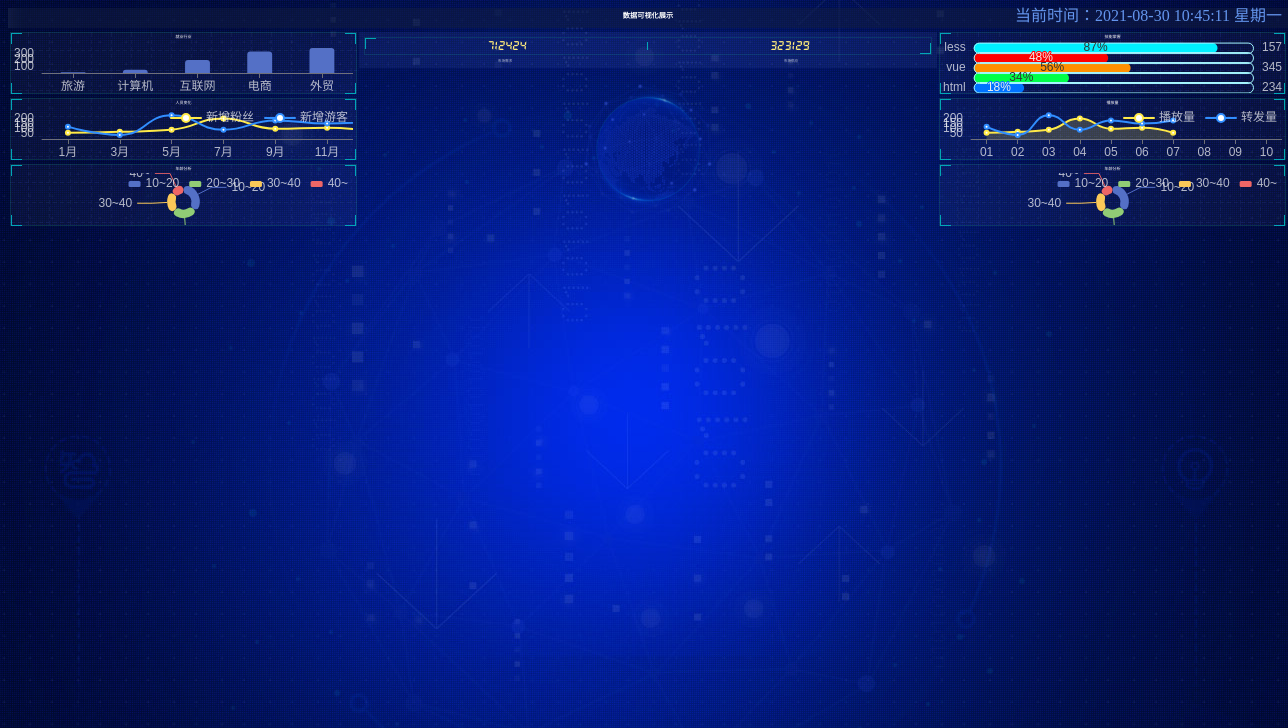
Repository: jiang-1990/DataVM
Page: /
An editor plug-in stored every save of this project. The page is shown before and after the next save, followed by the edit.
The browser window is 1280 px wide. The page is 1288 px wide, so the pictures cover 1288 px, including what lies to the right of the window. The pictures show the whole page.
The project was rebuilt for these pictures with package versions that can differ from the ones it lists, and the page was loaded fresh each time.

Above is the page before, as saved 2021-08-30 11:02:24.

After the next save:
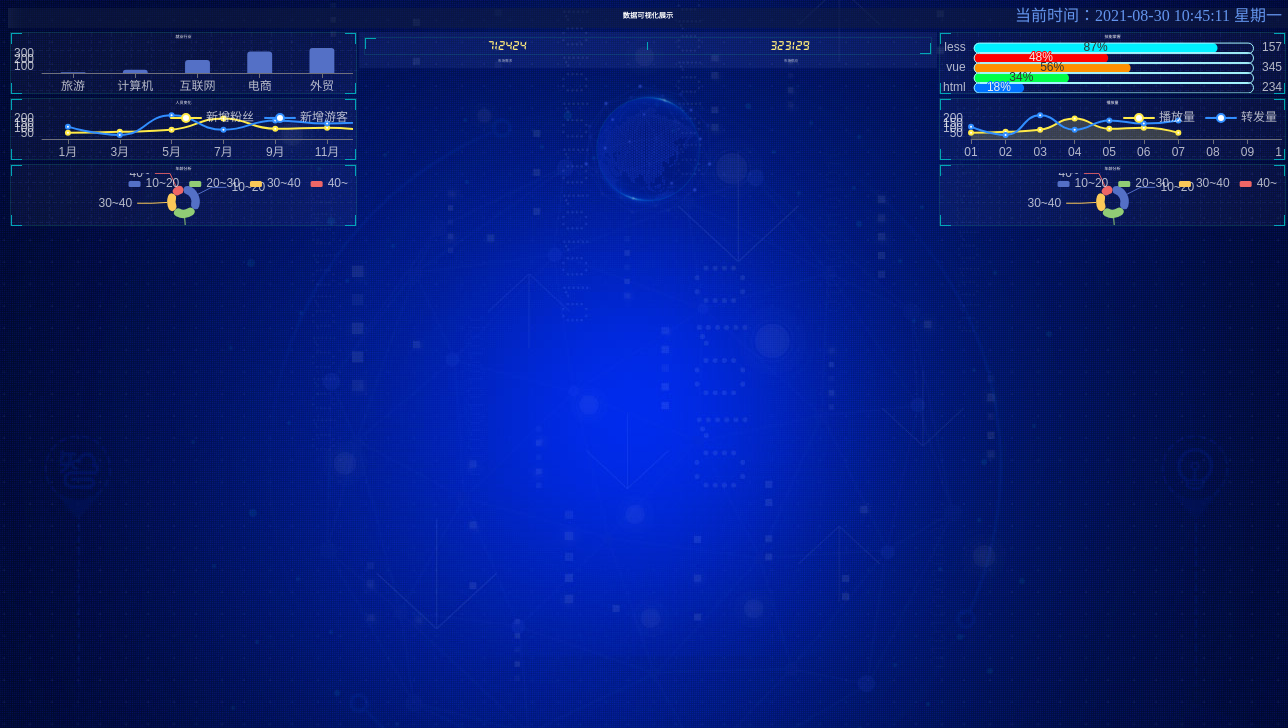
Saved 8 s later.
--- a/src/components/bigScreen.vue
+++ b/src/components/bigScreen.vue
@@ -322,6 +322,7 @@ export default {
           {
             type: "category",
             data: ["01", "02", "03", "04", "05", "06", "07", "08", "09", "10"],
+            boundaryGap: false,
             axisTick: {
               alignWithLabel: true,
             },
